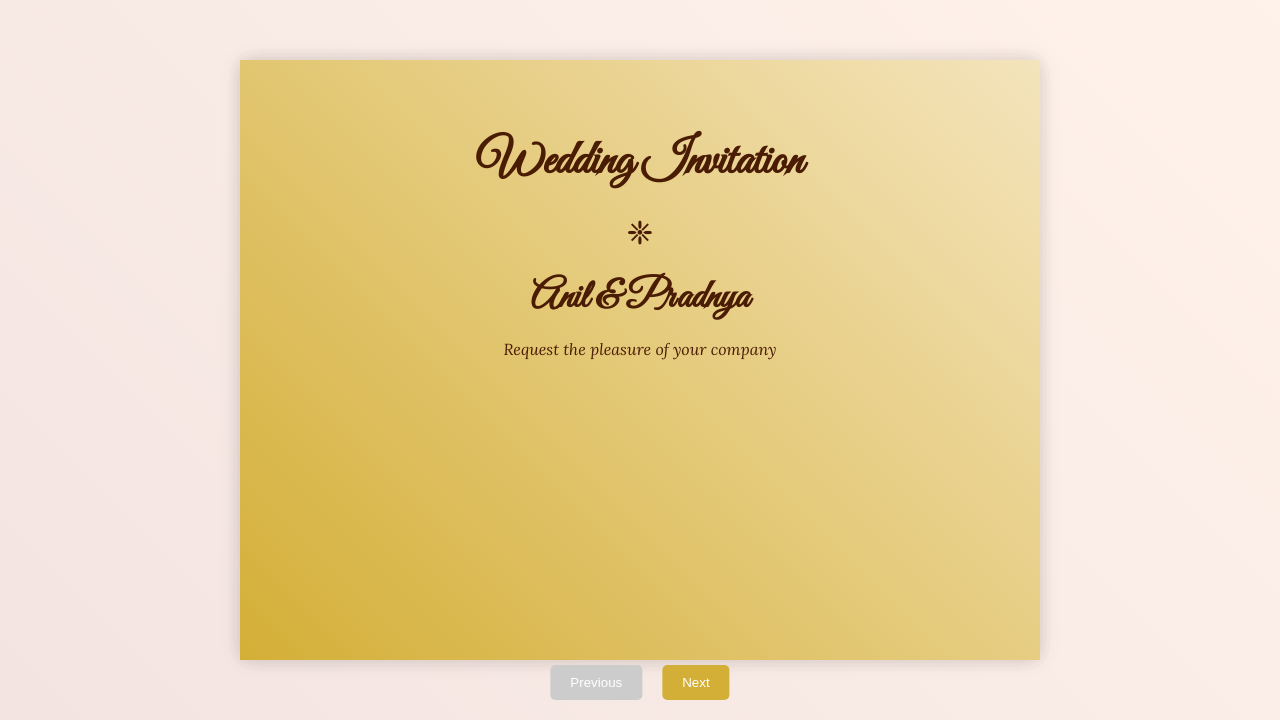
Repository: abhibkop27/finalwedding
Page: index.html
The author's editor kept a copy of each file at every save. The page is drawn from the files as they stood at one save, then again after the next save.
The browser window is 1280 px wide. The pictures show the whole page.

Above is the page before, as saved 2025-02-17 12:51:37.

After the next save:
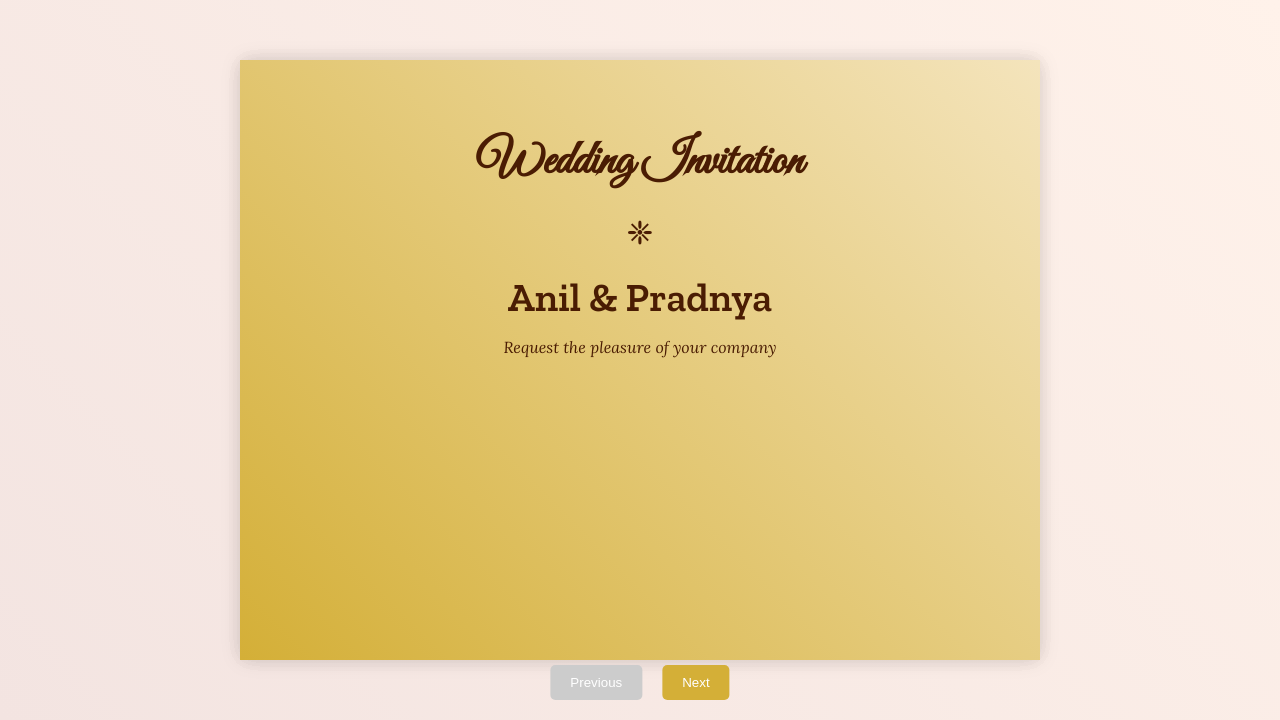
Saved 16 s later.
--- a/style.css
+++ b/style.css
@@ -1,6 +1,10 @@
 @font-face {
     font-family: 'zilla';
     src: url('./asstes/fonts/Zilla_Slab/ZillaSlab-SemiBold.ttf') format('truetype');
+  }
+
+  .main-name{
+    font-family: 'zilla';
   }
 
 
